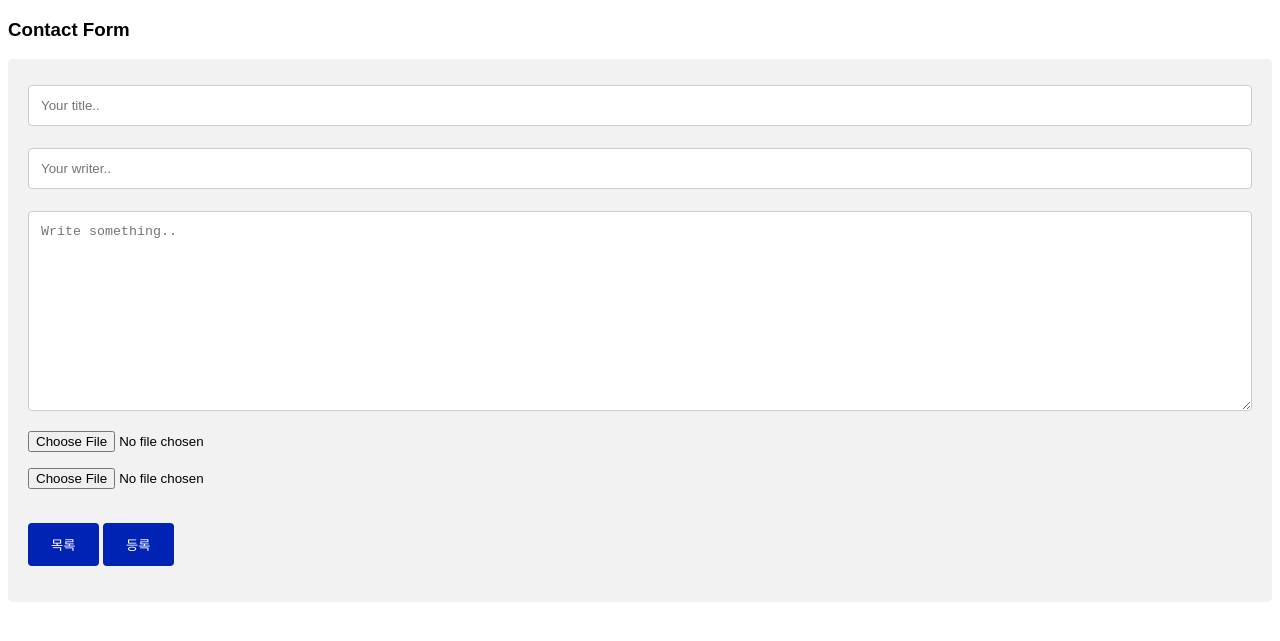
Repository: darae729/Project_shop
Page: http://localhost/SpringApp/gallery/registform
These files come from the project's save history. The page is drawn as it stood at one moment and after the next save; the edit follows.
The browser window is 1280 px wide. The pictures show the whole page.
The page is served by Tomcat 9. Other server files are loaded and not shown.

Above is the page before, as saved 2023-09-06 04:49:00.

### SpringApp/src/main/webapp/WEB-INF/views/gallery/regist.jsp
<%@ page contentType="text/html; charset=UTF-8"%>

<!DOCTYPE html>
<html>
<head>
<meta name="viewport" content="width=device-width, initial-scale=1">
<style>
body {font-family: Arial, Helvetica, sans-serif;}
* {box-sizing: border-box;}

input[type=text], select, textarea {
  width: 100%;
  padding: 12px;
  border: 1px solid #ccc;
  border-radius: 4px;
  box-sizing: border-box;
  margin-top: 6px;
  margin-bottom: 16px;
  resize: vertical;
}

input[type=button] {
  background-color: #0123b4;
  color: white;
  padding: 12px 23px;
  border: none;
  border-radius: 4px;
  cursor: pointer;
}

input[type=button]:hover {
  background-color: #0123b4;
}

.container {
  border-radius: 5px;
  background-color: #f2f2f2;
  padding: 20px;
}
</style>
</head>
<body>

<h3>Contact Form</h3>

<div class="container">
  <form>
    <input type="text" name="firstname" placeholder="Your title..">
    <input type="text" name="lastname" placeholder="Your writer..">

    <textarea id="content" name="content" placeholder="Write something.." style="height:200px"></textarea>

    <input type="file" name="photo">
    <br><p>
    <input type="file" name="photo">
    <p><br>
    <input type="button" value="목록">
    <input type="button" value="등록">
  </form>
</div>

</body>
</html>

After the next save:
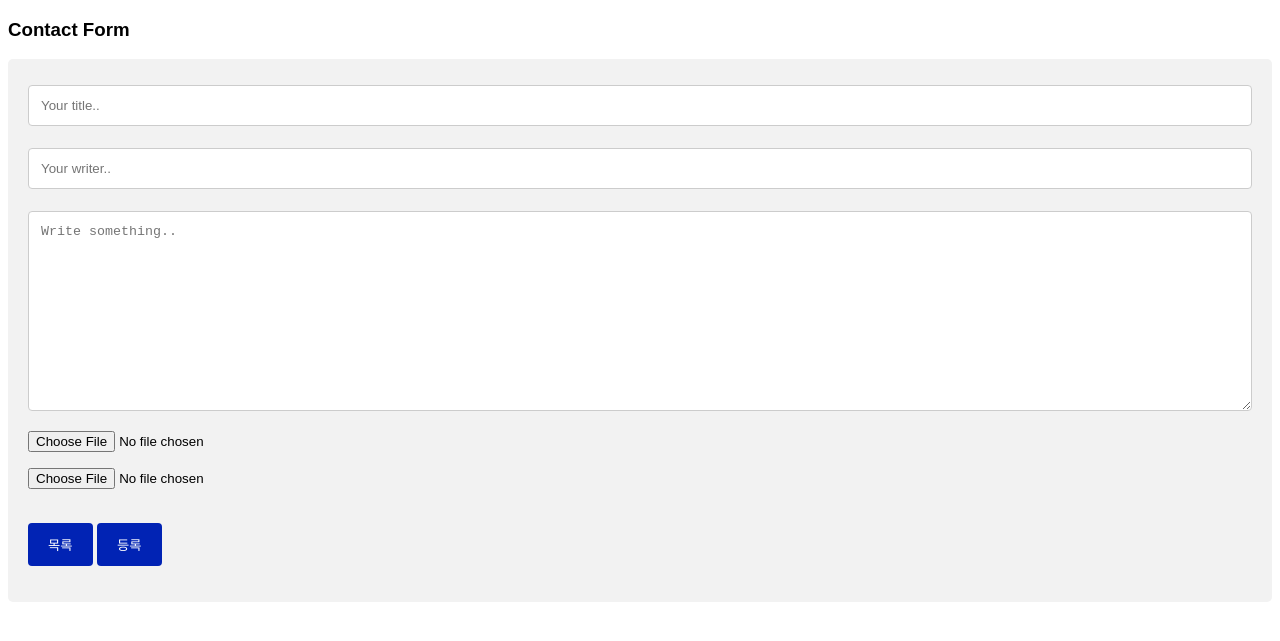
Saved 9 s later.
--- a/SpringApp/src/main/webapp/WEB-INF/views/gallery/regist.jsp
+++ b/SpringApp/src/main/webapp/WEB-INF/views/gallery/regist.jsp
@@ -22,7 +22,7 @@ input[type=text], select, textarea {
 input[type=button] {
   background-color: #0123b4;
   color: white;
-  padding: 12px 23px;
+  padding: 12px 20px;
   border: none;
   border-radius: 4px;
   cursor: pointer;
